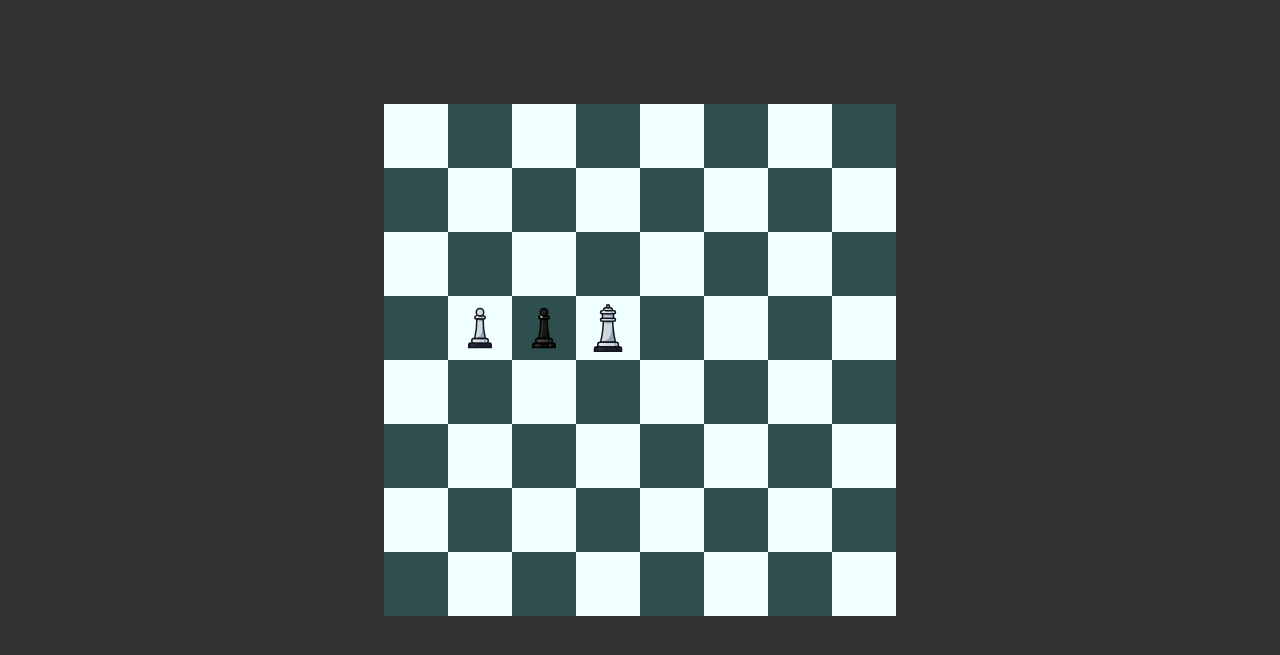
Repository: Mirsmog/react-chess
Page: /
An editor plug-in stored every save of this project. The page is shown before and after the next save, followed by the edit.
The browser window is 1280 px wide. The pictures show the whole page.
The project was rebuilt for these pictures with package versions that can differ from the ones it lists, and the page was loaded fresh each time. Also part of the build but not shown: vite.config.ts.

Above is the page before, as saved 2023-10-28 14:42:19.

After the next save:
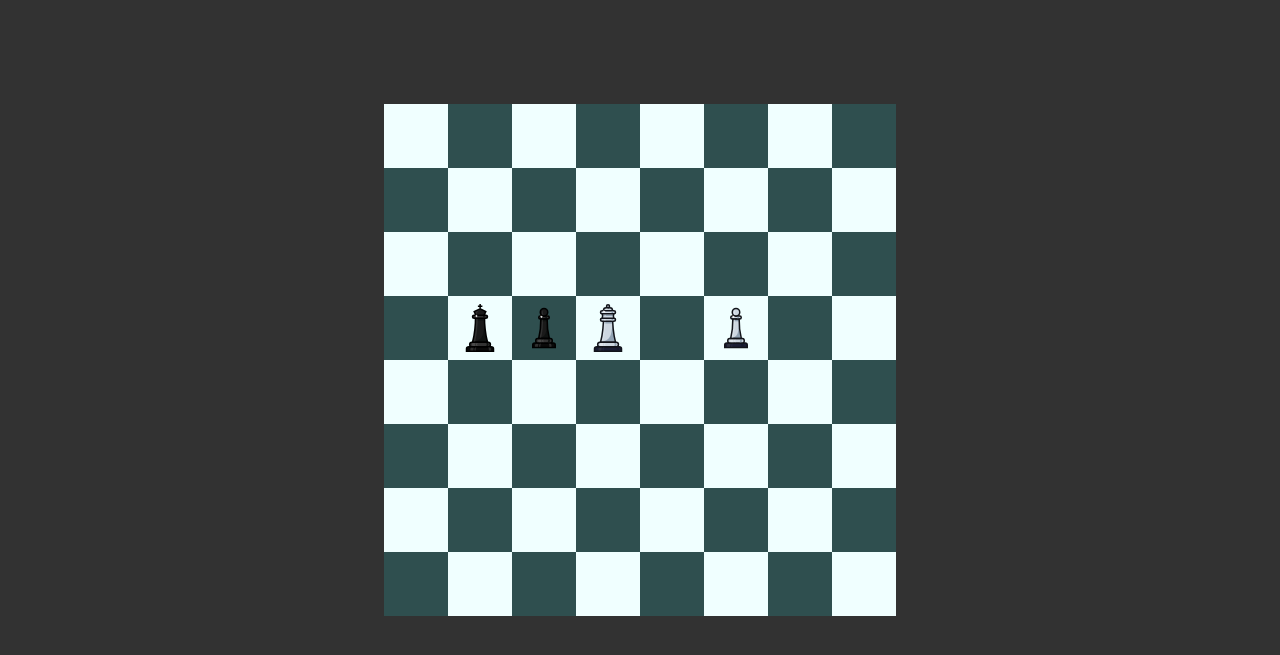
Saved 4 s later.
--- a/src/models/Board.ts
+++ b/src/models/Board.ts
@@ -27,6 +27,6 @@ export class Board {
     new Queen(Colors.WHITE, this.getCell(3, 3))
     new King(Colors.BLACK, this.getCell(1, 3))
     new Pawn(Colors.BLACK, this.getCell(2, 3))
-    new Pawn(Colors.WHITE, this.getCell(1, 3))
+    new Pawn(Colors.WHITE, this.getCell(5, 3))
   }
 }
